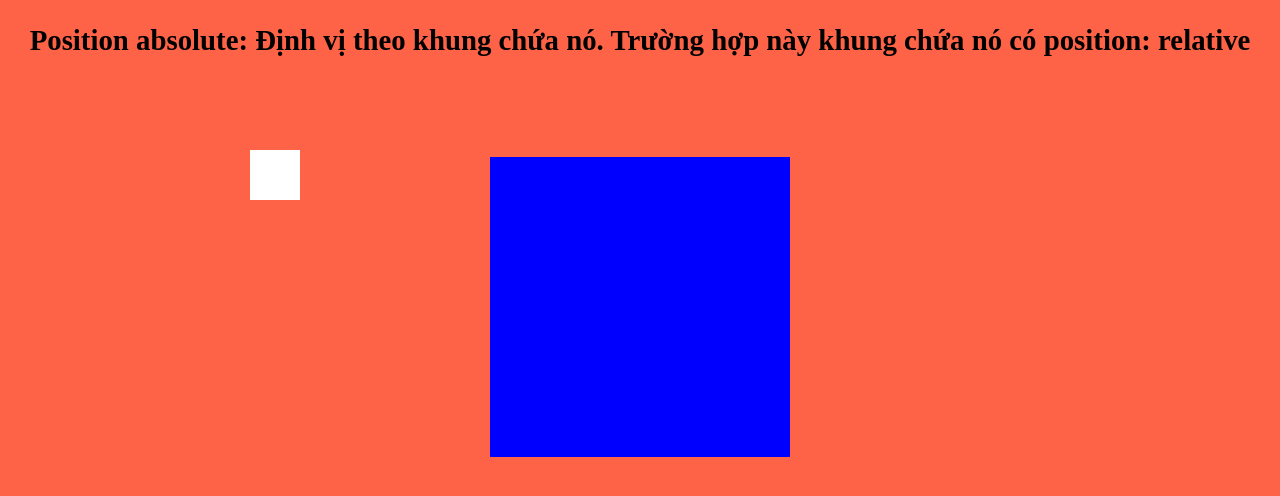
Repository: tandoan-teaching/teaching
Page: ltt/web/exercises/exercise2/position/absolute.html
The author's editor kept a copy of each file at every save. The page is drawn from the files as they stood at one save, then again after the next save.
The browser window is 1280 px wide. The pictures show the whole page.

Above is the page before, as saved 2024-03-23 08:24:19.

### ltt/web/exercises/exercise2/position/absolute.html
<!DOCTYPE html>
<html>

<head>
    <meta http-equiv="Content-Type" content="text/html; charset=UTF-8">
    <style>
        body {
            background: tomato;
            font-size: larger;
            text-align: center;
            margin: 0;
            padding: 0;
        }

        .relative {
            height: 300px;
            width: 300px;
            margin: 100px auto;
            background: blue;
            /* Để áp dụng cho position absolute */

        }

        .absolute {
            position: absolute;
            height: 50px;
            width: 50px;
        }

        .red {
            top: 200px;
            left: 100px;
            background: red;
        }

        .yellow {
            top: 100px;
            left: 200px;
            background: yellow;
        }

        .white {
            top: 150px;
            left: 250px;
            background: white;
        }
    </style>
</head>

<body>
    <h2>Position absolute: Định vị theo khung chứa nó. Trường hợp này khung chứa nó có position: relative</h2>
    <div class="relative">

        <!-- <div class="absolute red"></div>
        <div class="absolute yellow"></div>
        <div class="absolute white"></div> -->

        <div class="red"></div>
        <div class="yellow"></div>
        <div class="absolute white"></div>

    </div>
</body>

</html>

After the next save:
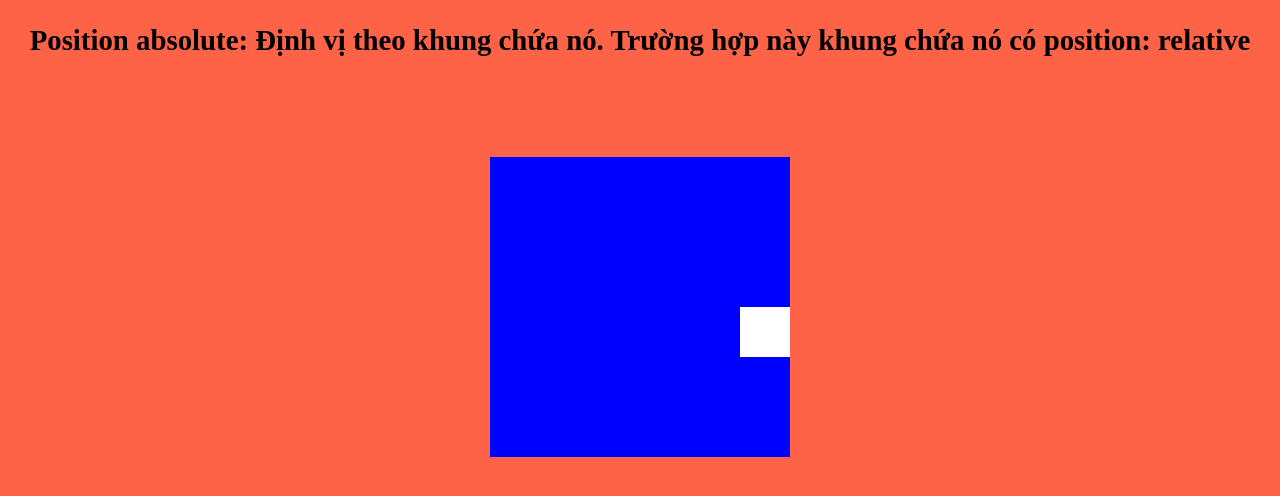
Saved 53 s later.
--- a/ltt/web/exercises/exercise2/position/absolute.html
+++ b/ltt/web/exercises/exercise2/position/absolute.html
@@ -18,7 +18,7 @@
             margin: 100px auto;
             background: blue;
             /* Để áp dụng cho position absolute */
-
+            position: relative;
         }
 
         .absolute {
